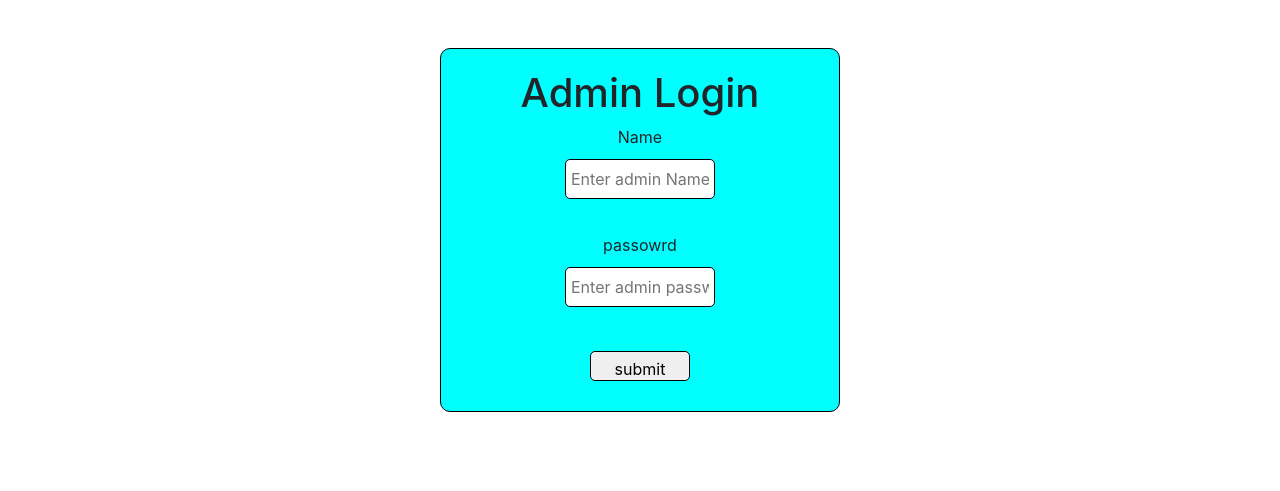
Repository: parthikjadav/parthik-react-practicle-exam
Page: /
An editor plug-in stored every save of this project. The page is shown before and after the next save, followed by the edit.
The browser window is 1280 px wide. The pictures show the whole page.
The project was rebuilt for these pictures with package versions that can differ from the ones it lists, and the page was loaded fresh each time. Requests to the local data server were answered from the project's data file. Also part of the build but not shown: src/App.css, src/componet/page/Reservationform.jsx, src/componet/page/Reservationlist.jsx, src/componet/header/navdata.js, src/componet/header/Navbar.jsx.

Above is the page before, as saved 2024-05-16 10:41:04.

After the next save:
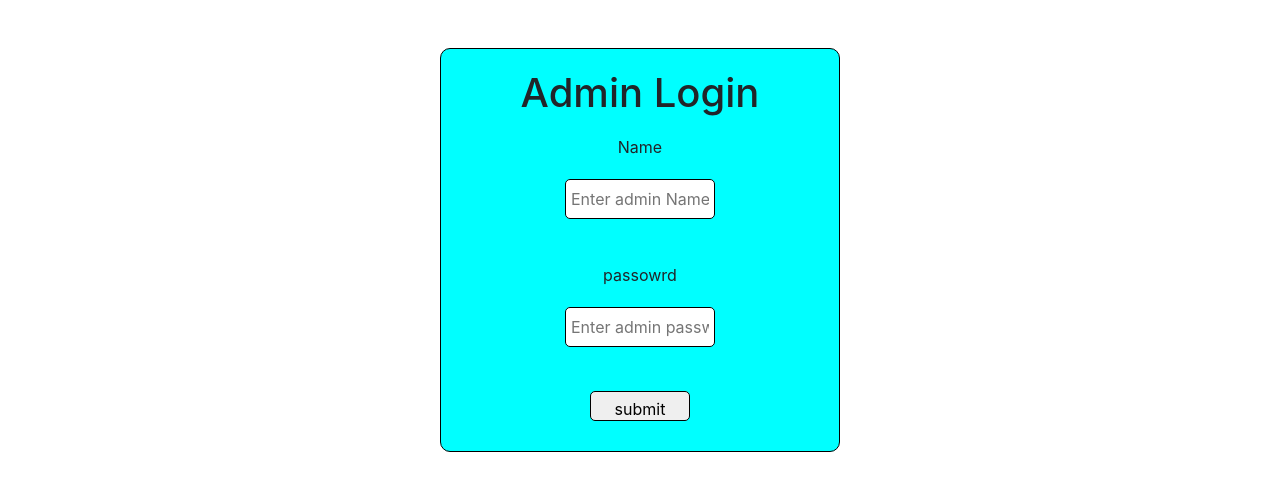
Saved 12 s later.
--- a/src/componet/page/AdminLogin.css
+++ b/src/componet/page/AdminLogin.css
@@ -18,6 +18,9 @@
   border-radius: 5px;
   padding: 5px;
 }
+.form label{
+  margin: 10px 0px;
+}
 .form button{
   width: 100px;
   height: 30px;
